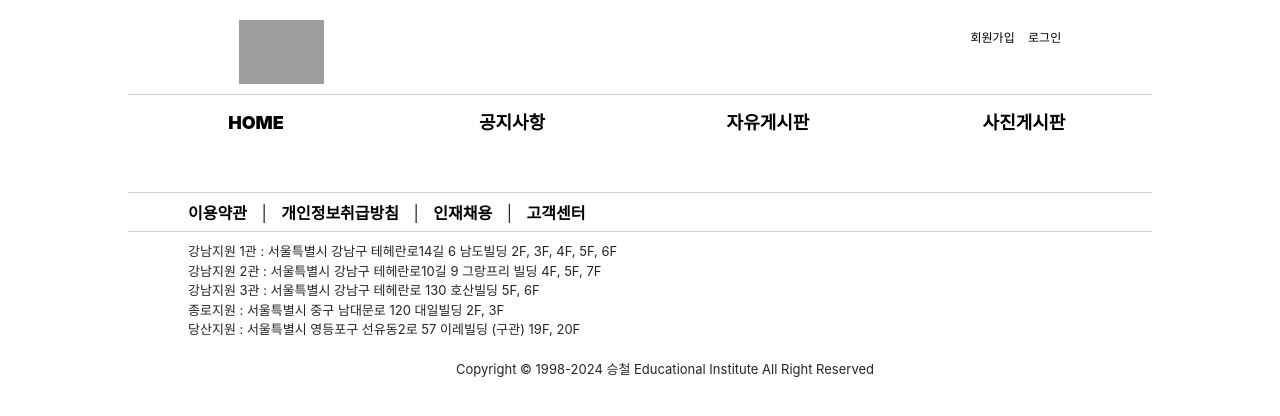
Repository: Kimmingle/kh_testpro01
Page: http://localhost/springProject/
These files come from the project's save history. The page is drawn as it stood at one moment and after the next save; the edit follows.
The browser window is 1280 px wide. The pictures show the whole page.
Pictures or frames that could not be fetched are drawn as grey boxes. The page is served by Tomcat 9. Nobody is signed in. The application's start-up code is not run.

Above is the page before, as saved 2024-06-17 08:04:24.

After the next save:
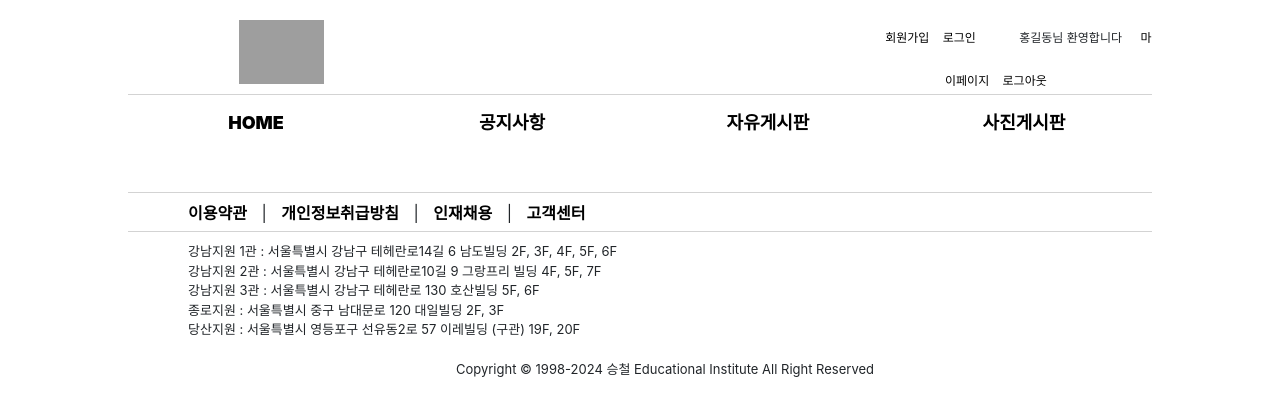
Saved 17 s later.
--- a/springProject/src/main/webapp/WEB-INF/views/common/menubar.jsp
+++ b/springProject/src/main/webapp/WEB-INF/views/common/menubar.jsp
@@ -70,12 +70,12 @@
                 <a href="">회원가입</a>
                 <a data-toggle="modal" data-target="#loginModal">로그인</a> <!-- 모달의 원리 : 이 버튼 클릭시 data-targer에 제시되어있는 해당 아이디의 div요소를 띄워줌 -->
 
-                <!-- 로그인 후 -->
-                <!--
+                <!-- 로그인 후 보여짐 -->
+
                     <label>홍길동님 환영합니다</label> &nbsp;&nbsp;
                     <a href="">마이페이지</a>
                     <a href="">로그아웃</a>
-                -->
+
             </div>
         </div>
         <div id="header_2">
